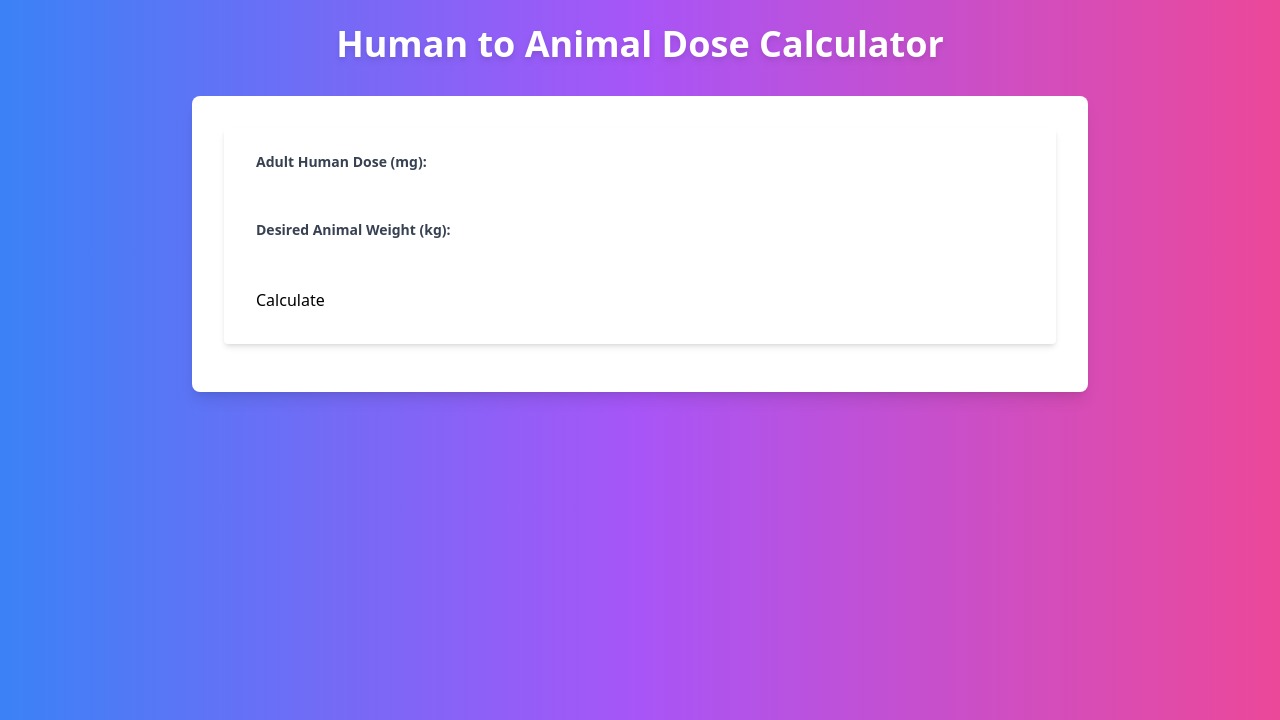
Repository: vigneshcj001/Human-to-Animal-Dose-Calculator
Page: /aboutus
An editor plug-in stored every save of this project. The page is shown before and after the next save, followed by the edit.
The browser window is 1280 px wide. The pictures show the whole page.
The project was rebuilt for these pictures with package versions that can differ from the ones it lists, and the page was loaded fresh each time. Also part of the build but not shown: src/ResultsTable.jsx.

Above is the page before, as saved 2025-01-22 16:03:28.

After the next save:
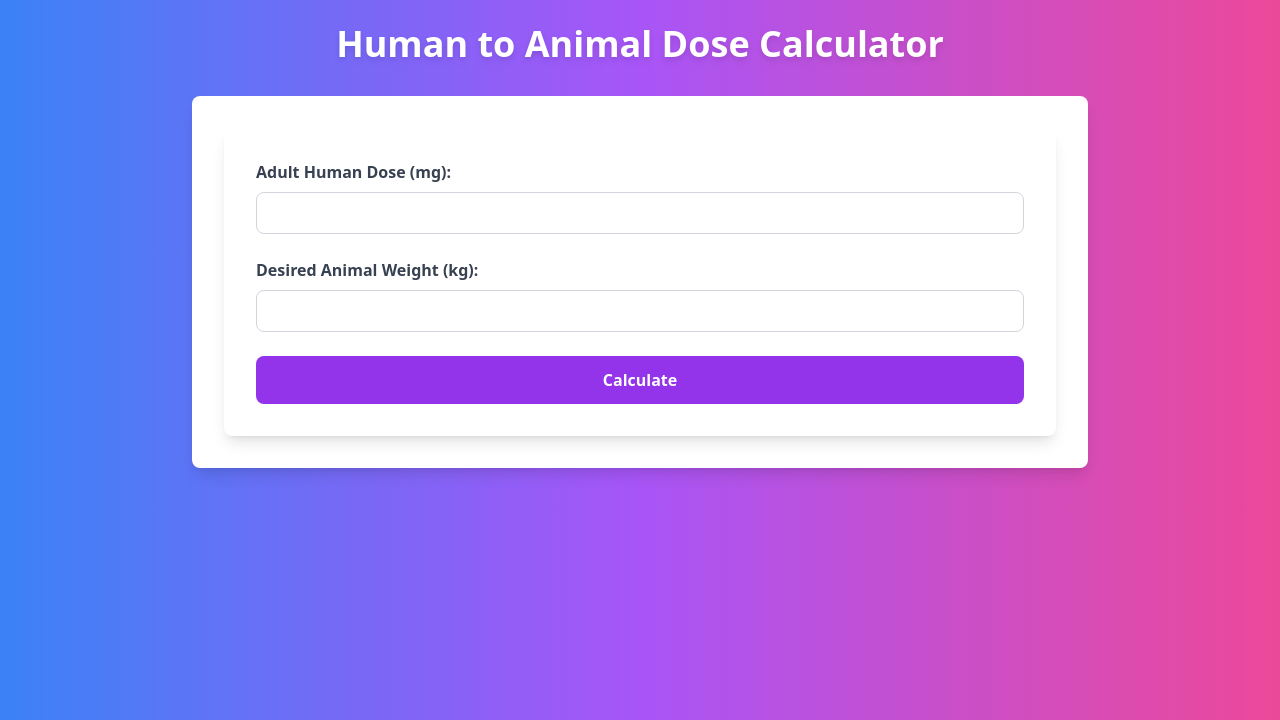
Saved 19 s later.
--- a/src/InputForm.jsx
+++ b/src/InputForm.jsx
@@ -6,42 +6,62 @@
 
   const handleSubmit = (e) => {
     e.preventDefault();
-    if (humanDose && animalWeight) {
-      onCalculate(Number(humanDose), Number(animalWeight));
-    }
+
+    const animals = [
+      { name: "Mouse", weight: 0.025 },
+      { name: "Rat", weight: 0.2 },
+      { name: "Rabbit", weight: 2.5 },
+      { name: "Dog", weight: 10 },
+      { name: "Monkey", weight: 8 },
+    ];
+
+    const results = animals.map((animal) => {
+      const dosePerKg = (humanDose * animal.weight) / 70;
+      const totalDose = dosePerKg * animalWeight;
+      return {
+        animal: animal.name,
+        dosePerKg,
+        totalDose,
+      };
+    });
+
+    onCalculate(results);
   };
 
   return (
     <form
-      className="bg-white shadow-md rounded px-8 pt-6 pb-8 mb-4"
+      className="bg-white shadow-lg rounded-lg p-8 space-y-6"
       onSubmit={handleSubmit}
     >
-      <div className="mb-4">
-        <label className="block text-gray-700 text-sm font-bold mb-2">
+      <div>
+        <label className="block text-gray-700 font-semibold mb-2">
           Adult Human Dose (mg):
         </label>
         <input
           type="number"
-          className="input"
+          className="w-full px-4 py-2 border border-gray-300 rounded-lg focus:ring-2 focus:ring-purple-500 focus:outline-none"
           value={humanDose}
           onChange={(e) => setHumanDose(e.target.value)}
           required
         />
       </div>
-      <div className="mb-4">
-        <label className="block text-gray-700 text-sm font-bold mb-2">
+      <div>
+        <label className="block text-gray-700 font-semibold mb-2">
           Desired Animal Weight (kg):
         </label>
         <input
           type="number"
           step="0.01"
-          className="input"
+          className="w-full px-4 py-2 border border-gray-300 rounded-lg focus:ring-2 focus:ring-purple-500 focus:outline-none"
           value={animalWeight}
           onChange={(e) => setAnimalWeight(e.target.value)}
           required
         />
       </div>
-      <button type="submit" className="btn-primary">
+      <button
+        type="submit"
+        className="w-full bg-purple-600 hover:bg-purple-700 text-white font-bold py-3 rounded-lg transition duration-300"
+      >
         Calculate
       </button>
     </form>
